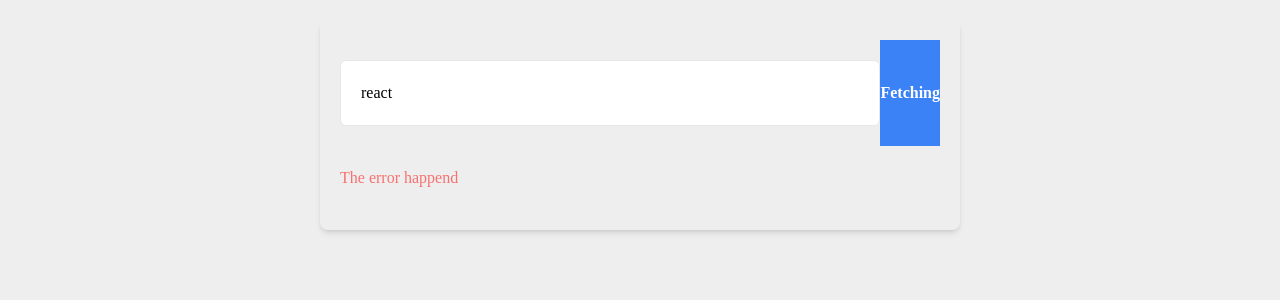
Repository: 16-Doffy/Fe-Khhoahoc
Page: /
An editor plug-in stored every save of this project. The page is shown before and after the next save, followed by the edit.
The browser window is 1280 px wide. The pictures show the whole page.
The page's requests for data from a server got no answer. The project was rebuilt for these pictures with package versions that can differ from the ones it lists, and the page was loaded fresh each time. No one was signed in, and anything a server would have sent is missing. Also part of the build but not shown: src/App.css.

Above is the page before, as saved 2025-01-14 15:49:14.

After the next save:
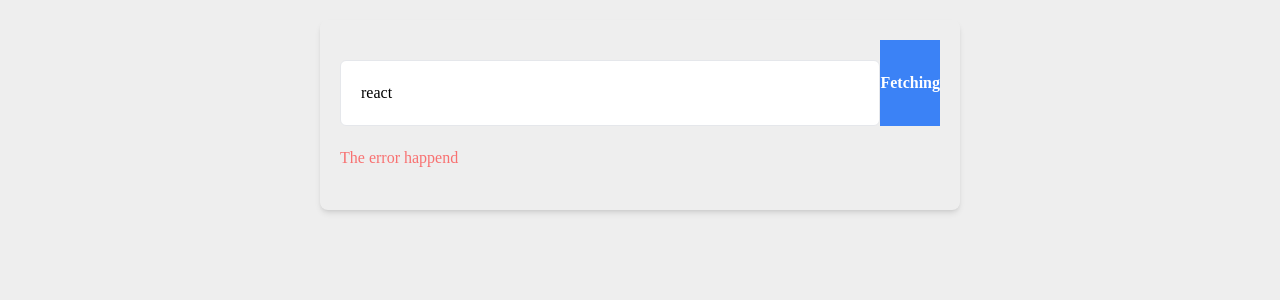
Saved 35 s later.
--- a/src/components/news/HackerNews.js
+++ b/src/components/news/HackerNews.js
@@ -30,12 +30,12 @@ const HackerNews = () => {
   }, [query]);
   return (
     <div className=" mx-auto mt-5 p-5 rounded-lg shadow-md w-2/4">
-    <div class="flex">
+    <div class="flex mb-5">
     <input
         type="text"
         className="
           border border-blue-1000
-          text-black p-5 mb-5 mt-5 block w-full
+          text-black p-5  mt-5 block w-full
            rounded-md focus:border-blue-400"
         placeholder="Enter your keyword..."
         defaultValue={query}
